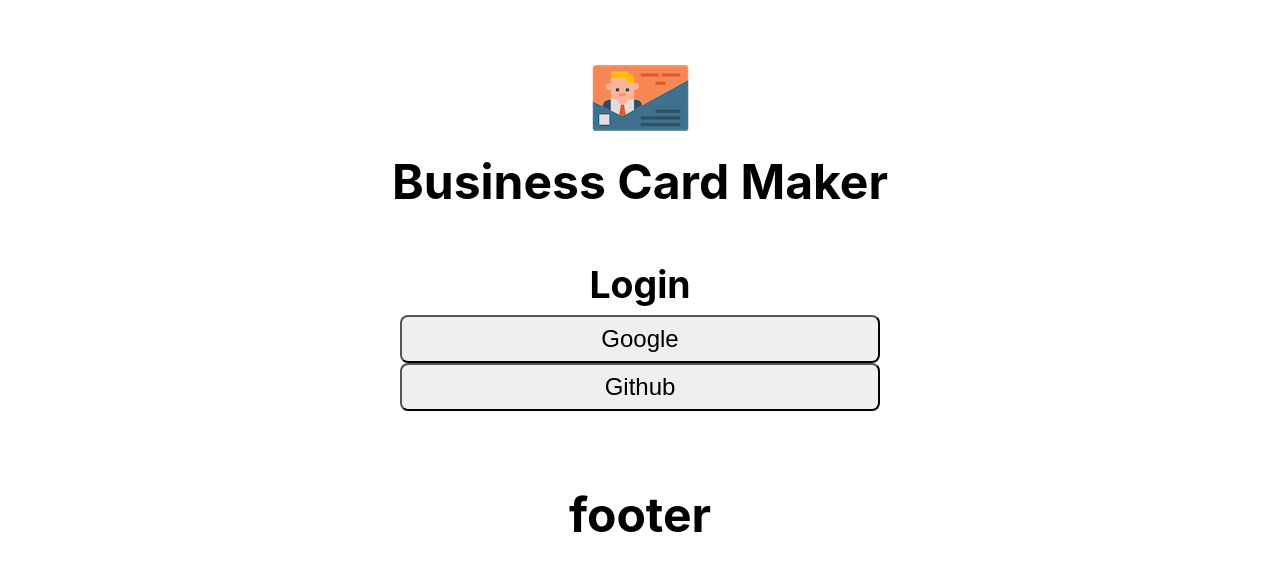
Repository: gomgomigom/firebase_practice_card_maker
Page: /
An editor plug-in stored every save of this project. The page is shown before and after the next save, followed by the edit.
The browser window is 1280 px wide. The pictures show the whole page.
The page's requests for data from a server got no answer. The project was rebuilt for these pictures with package versions that can differ from the ones it lists, and the page was loaded fresh each time. No one was signed in, and anything a server would have sent is missing.

Above is the page before, as saved 2022-01-21 13:55:08.

### public/index.html
<!DOCTYPE html>
<html lang="en">
  <head>
    <meta charset="utf-8" />
    <link rel="icon" href="./images/logo.png" />
    <meta name="viewport" content="width=device-width, initial-scale=1" />
    <meta name="theme-color" content="#000000" />
    <meta
      name="description"
      content="Web site created using create-react-app"
    />
    <title>Card-Maker</title>
  </head>
  <body>
    <noscript>You need to enable JavaScript to run this app.</noscript>
    <div id="root"></div>
  </body>
</html>

### src/index.js
import React from 'react';
import ReactDOM from 'react-dom';
import './index.module.css';
import App from './app';
import AuthService from './service/auth_service';

const authService = new AuthService();
ReactDOM.render(
  <React.StrictMode>
    <App authService={authService} />
  </React.StrictMode>,
  document.getElementById('root')
);

### src/app.js
import './app.css';
import Login from './components/login/login';

function App({ authService }) {
  return (
    <h1>
      <Login authService={authService} />
    </h1>
  );
}

export default App;

### src/service/auth_service.js
import firebase from 'firebase';
import firebaseApp from './firebase';

class AuthService {
  login(providerName) {
    const authProvider = new firebase.auth[`${providerName}AuthProvider`]();
    return firebaseApp.auth().signInWithPopup(authProvider);
  }
}
export default AuthService;

### src/components/login/login.jsx
import React from 'react';
import Footer from '../footer/footer';
import Header from '../header/header';
import styles from './login.module.css';

const Login = ({ authService }) => {
  const onLogin = (event) => {
    authService //
      .login(event.currentTarget.textContent)
      .then(console.log);
  };

  return (
    <section className={styles.login}>
      <Header />
      <section className={styles.loginList}>
        <h1 className={styles.title}>Login</h1>
        <ul>
          <li>
            <button className={styles.button} onClick={onLogin}>
              Google
            </button>
          </li>
          <li>
            <button className={styles.button} onClick={onLogin}>
              Github
            </button>
          </li>
        </ul>
      </section>
      <Footer />
    </section>
  );
};

export default Login;

### src/service/firebase.js
import firebase from 'firebase';

const firebaseConfig = {
  apiKey: process.env.REACT_APP_FIREBASE_API_KEY,
  authDomain: process.env.REACT_APP_FIREBASE_AUTH_DOMAIN,
  projectId: process.env.REACT_APP_FIREBASE_PROJECT_ID,
  storageBucket: process.env.REACT_APP_FIREBASE_STORAGE_BUCKET,
};

const firebaseApp = firebase.initializeApp(firebaseConfig);

export default firebaseApp;

### src/components/footer/footer.jsx
import React from 'react';

const Footer = (props) => <h1>footer</h1>;

export default Footer;

### src/components/header/header.jsx
import React from 'react';
import styles from './header.module.css';

const Header = ({ onLogout }) => {
  return (
    <header className={styles.header}>
      {onLogout && (
        <button className={styles.button} onClick={onLogout}>
          Logout
        </button>
      )}
      <img className={styles.logo} src='/images/logo.png' alt='logo' />
      <h1 className={styles.title}>Business Card Maker</h1>
    </header>
  );
};

export default Header;

### src/components/login/login.module.css
@value makerGrey from '../../common/colors.css';
@value makerWhite from '../../common/colors.css';
@value makerGreen from '../../common/colors.css';

.login {
  display: flex;
  flex-direction: column;
  align-items: center;
  justify-content: center;
  background-color: makerGrey;
  padding: 2rem;
}

.loginList {
  width: 40rem;
  height: 14rem;
  flex-direction: column;
  display: flex;
  align-items: center;
  justify-content: center;
  background-color: makerWhite;
}

li {
  list-style: none;
}

ul {
  margin: 0;
  padding: 0;
}

.title {
  margin: 0.5rem;
}

.button {
  border: 2px solid makerGreen;
  border-radius: 0.5rem;
  width: 30rem;
  font-size: 1.5rem;
  padding: 0.5rem;
}

### src/components/header/header.module.css
@value makerBlack from '../../common/colors.css';
@value makerGreen from '../../common/colors.css';
@value makerWhite from '../../common/colors.css';
@value makerWheat from '../../common/colors.css';

.header {
  width: 40rem;
  display: flex;
  flex-wrap: wrap;
  flex-direction: column;
  justify-content: center;
  align-items: center;
  font-size: 2rem;
  background-color: makerGreen;
}

.logo {
  margin: 0.6rem;
}

.title {
  color: makerWhite;
  margin: 0.6rem;
}

Loaded but not shown: src/index.module.css (common file); src/app.css (common file)

After the next save:
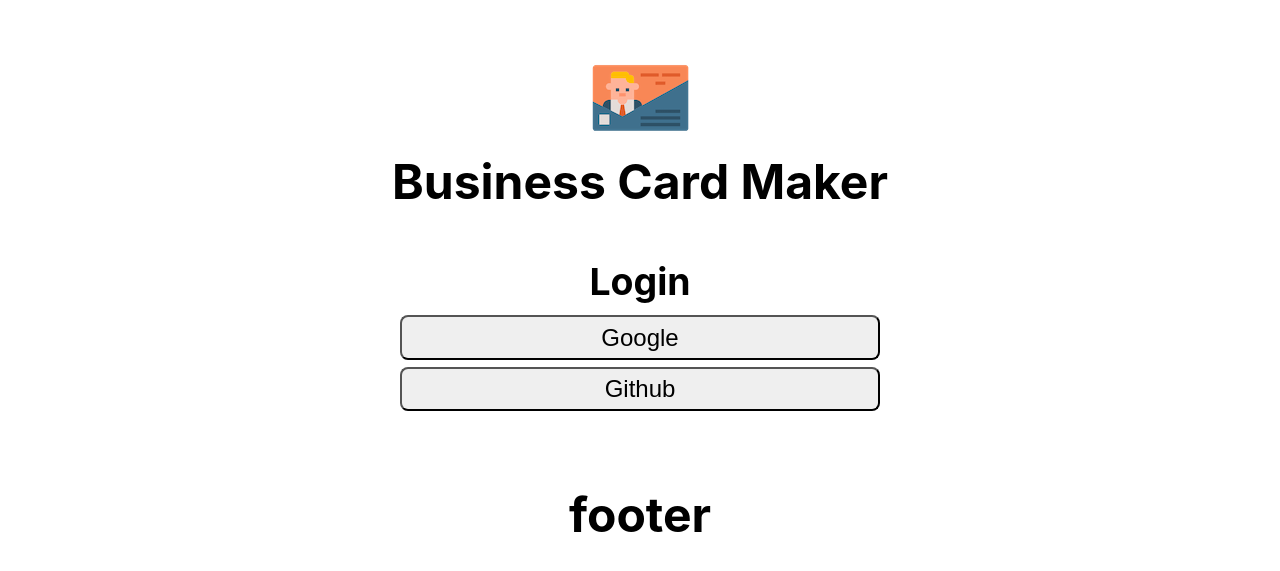
Saved 20 s later.
--- a/src/components/login/login.module.css
+++ b/src/components/login/login.module.css
@@ -39,5 +39,6 @@ ul {
   border-radius: 0.5rem;
   width: 30rem;
   font-size: 1.5rem;
-  padding: 0.5rem;
+  padding: 0.4rem;
+  margin: 0.2rem;
 }
